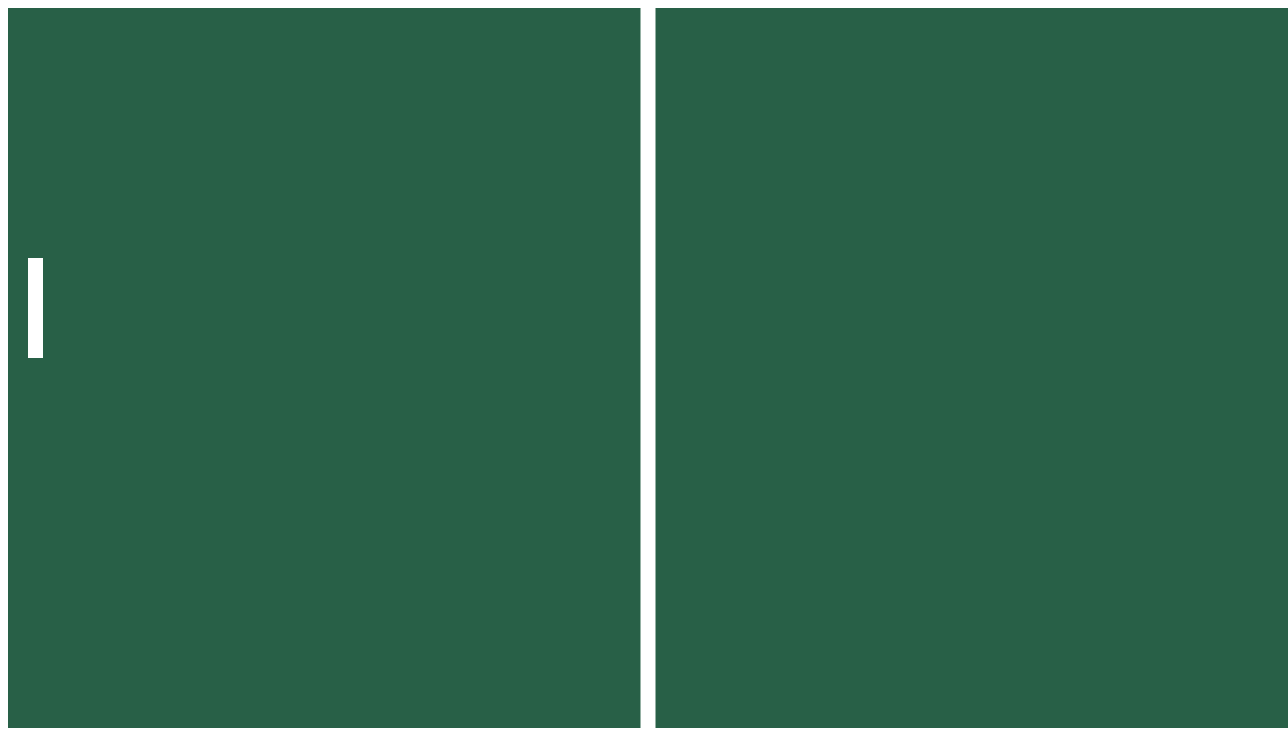
Repository: luizgaivaa/Game
Page: index.html
These files come from the project's save history. The page is drawn as it stood at one moment and after a run of saves; the edit follows.
The browser window is 1280 px wide. The page is 1288 px wide, so the pictures cover 1288 px, including what lies to the right of the window. The pictures show the whole page.

Above is the page before, as saved 2024-03-26 15:54:53.

After the next 5 saves:
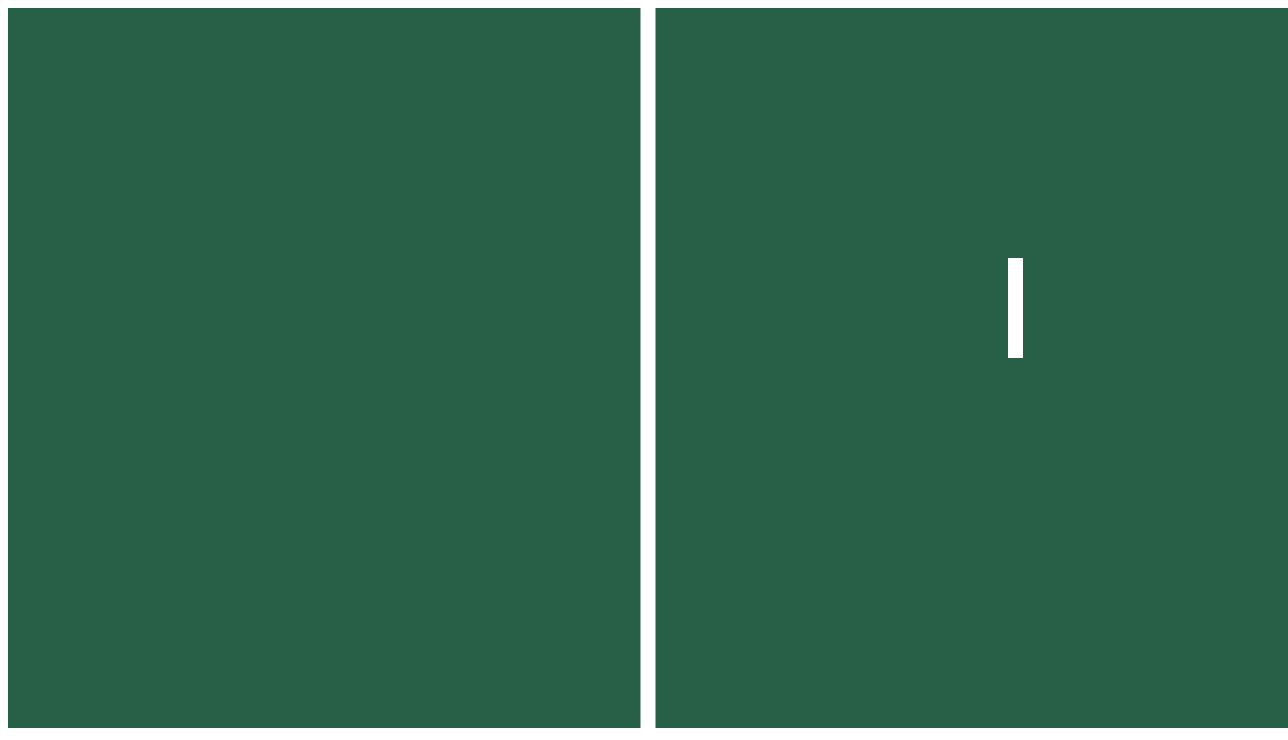
The 5 saves are shown as one change because they came seconds apart.
The last was saved 13 s later.
--- a/index.html
+++ b/index.html
@@ -28,7 +28,7 @@
             const h = window.innerHeight
 
             canvasCtx.fillRect(x,y,w,h)
-            canvasCtx.fillRect(20,250,lineWidth,100)
+            canvasCtx.fillRect(1000,250,lineWidth,100)
         }
         setup()
         draw()
